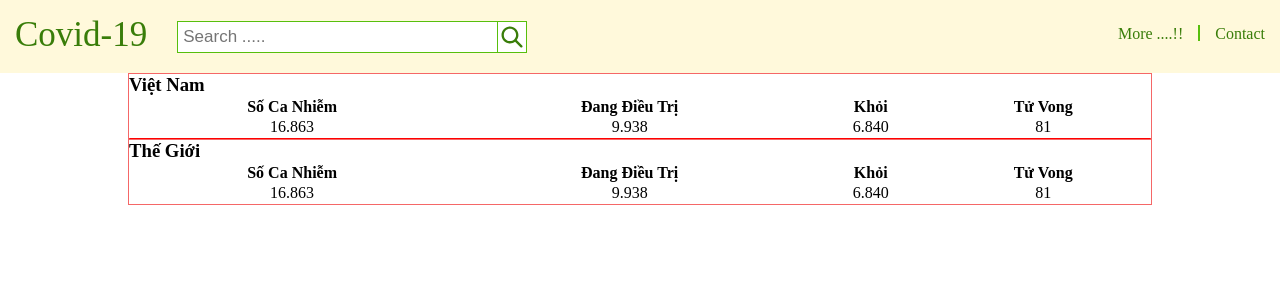
Repository: thuongton98/Covid
Page: html-css-js/index.html
The author's editor kept a copy of each file at every save. The page is drawn from the files as they stood at one save, then again after the next save.
The browser window is 1280 px wide. The pictures show the whole page.

Above is the page before, as saved 2021-07-01 09:47:39.

### html-css-js/index.html
<!DOCTYPE html>
<html lang="en">
<head>
    <meta charset="UTF-8">
    <meta http-equiv="X-UA-Compatible" content="IE=edge">
    <meta name="viewport" content="width=device-width, initial-scale=1.0">

    <link rel="stylesheet" href="./styles.css">
    <title>Covid-19</title>
</head>
<body>
    <nav>
        <div class="icon">
            <div class="icon-i">Covid-19</div>
            <div class="icon-search">
                <input type="text" placeholder="Search .....">
                <svg fill="#000000" xmlns="http://www.w3.org/2000/svg"  viewBox="0 0 48 48" width="48px" height="48px"><path d="M 20.5 6 C 12.515556 6 6 12.515562 6 20.5 C 6 28.484438 12.515556 35 20.5 35 C 23.773158 35 26.788919 33.893018 29.220703 32.050781 L 38.585938 41.414062 A 2.0002 2.0002 0 1 0 41.414062 38.585938 L 32.050781 29.220703 C 33.893017 26.788918 35 23.773156 35 20.5 C 35 12.515562 28.484444 6 20.5 6 z M 20.5 10 C 26.322685 10 31 14.677319 31 20.5 C 31 23.295711 29.914065 25.820601 28.148438 27.697266 A 2.0002 2.0002 0 0 0 27.701172 28.144531 C 25.824103 29.912403 23.29771 31 20.5 31 C 14.677315 31 10 26.322681 10 20.5 C 10 14.677319 14.677315 10 20.5 10 z"/></svg>
            </div>

        </div>
        <ul class="nav-i">
            <li>More ....!!</li>
            <li>Contact</li>
        </ul>
    </nav>
    <section class="case">
        <div>
            <h3>Việt Nam</h3>
            <table>

                <tr>
                    <th>Số Ca Nhiễm</th>
                    <th>Đang Điều Trị</th>
                    <th>Khỏi</th>
                    <th>Tử Vong</th>
                </tr>
                <tr>
                    <td>16.863</td>
                    <td>9.938</td>
                    <td>6.840</td>
                    <td>81</td>
                </tr>

            </table>
           <div class="line"></div>
            <h3>Thế Giới</h3>
            <table>
                <tr>
                    <th>Số Ca Nhiễm</th>
                    <th>Đang Điều Trị</th>
                    <th>Khỏi</th>
                    <th>Tử Vong</th>
                </tr>
                <tr>
                    <td>16.863</td>
                    <td>9.938</td>
                    <td>6.840</td>
                    <td>81</td>
                </tr>
            </table>
            </table>
        </div>
    </section>
</body>
</html>

### html-css-js/styles.css

*{
    padding: 0;
    margin: 0;
    box-sizing: border-box;
}



nav{
    background-color: #fff9db;
    display: flex;
    justify-content: space-between;
    padding:15px
}


nav .icon{
    display: flex;
}

nav .nav-i{
    display: flex;
}

nav .nav-i li{
    list-style: none;
    padding-right: 15px;
    padding-top:10px;
    color:#397d09;
    cursor: pointer;

}

nav .nav-i li:hover{
    color:#57bf0d;
}

nav .nav-i li:last-child{
    padding-right:0;
}

nav .nav-i li:after{
    content: '';
    border: 1px solid #57bf0d;
    margin-left:15px;
    font-size: 12px;
    position: relative;
    top:-2px;
}

nav .nav-i li:last-child::after{
    display: none;
}

nav .icon .icon-i{
    font-size: 35px;
    color: #397d09;
    cursor: pointer;
}

nav .icon .icon-search{
    margin-left:30px;
    position: relative;
   top:-5px;
}


nav .icon .icon-search input{
   padding: 5px;
   width: 350px;
   outline: none;
   border: none;
   font-size: 17px;
   border:1px solid #57bf0d;


}

nav .icon .icon-search svg{
    fill: #397d09;
    cursor: pointer;
    width: 30px;
    height: 32px;
    position: relative;
    border: 1px solid #57bf0d;
    position: relative;
    left: -34px;
    top:11px;
}

nav .icon .icon-search svg:hover{

    fill:#57bf0d
}

.case{
    padding-left: 10%;
    padding-right: 10%;
}

.case div{
    border: 1px solid #f56767;

}
.case .line{
    border-top: 1px solid red;
}
.case div table{

    width: 100%;
}

.case div table td{
    text-align: center;
}

After the next save:
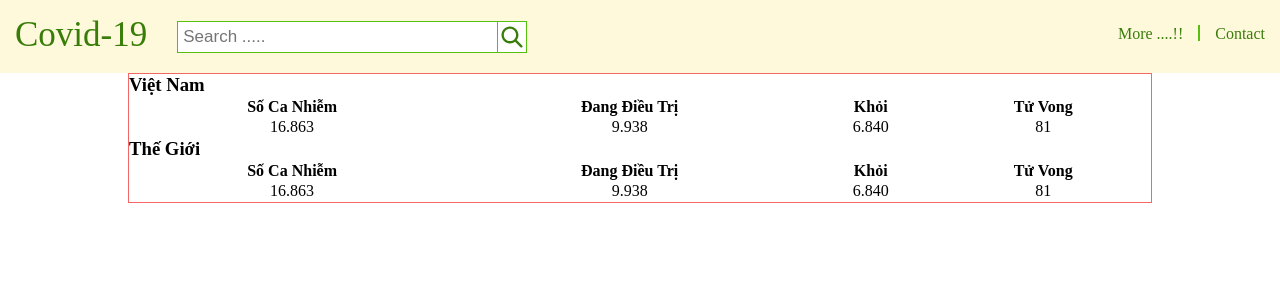
Saved 13 s later.
--- a/html-css-js/styles.css
+++ b/html-css-js/styles.css
@@ -104,7 +104,7 @@ nav .icon .icon-search svg:hover{
 
 }
 .case .line{
-    border-top: 1px solid red;
+    border: none;
 }
 .case div table{
 
